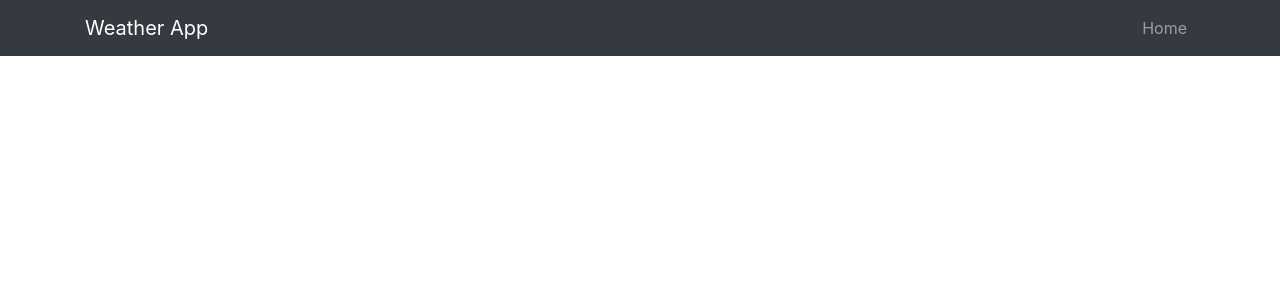
Repository: smk87/weather-app-react
Page: /
An editor plug-in stored every save of this project. The page is shown before and after the next save, followed by the edit.
The browser window is 1280 px wide. The pictures show the whole page.
Some web libraries are served in a nearby version. The project was rebuilt for these pictures with package versions that can differ from the ones it lists, and the page was loaded fresh each time. A package was used in the major version that the imports need, not the one package.json lists.

Above is the page before, as saved 2019-02-06 11:46:50.

After the next save:
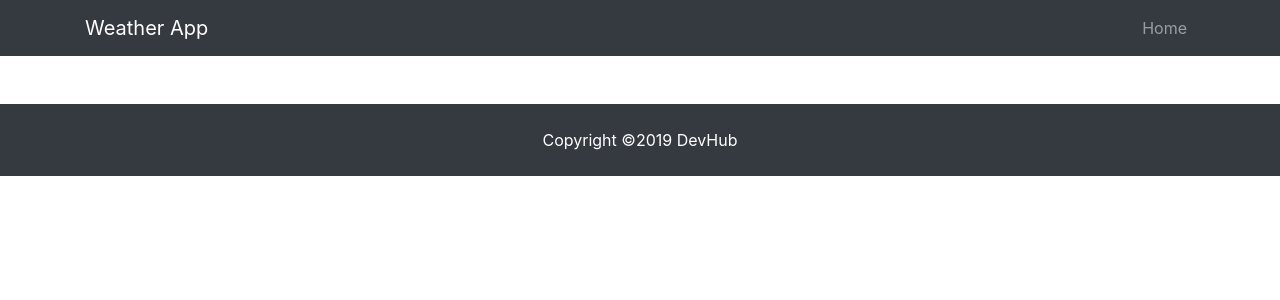
Saved 38 s later.
--- a/src/App.js
+++ b/src/App.js
@@ -2,7 +2,10 @@ import React, { Component } from "react";
 import { BrowserRouter as Router, Route, Switch } from "react-router-dom";
 import logo from "./logo.svg";
 import "./App.css";
+
+//Import Layout Components
 import NavBar from "./components/NavBar";
+import Footer from "./components/Footer";
 
 class App extends Component {
   render() {
@@ -10,6 +13,7 @@ class App extends Component {
       <Router>
         <div className="App">
           <NavBar />
+          <Footer />
         </div>
       </Router>
     );
